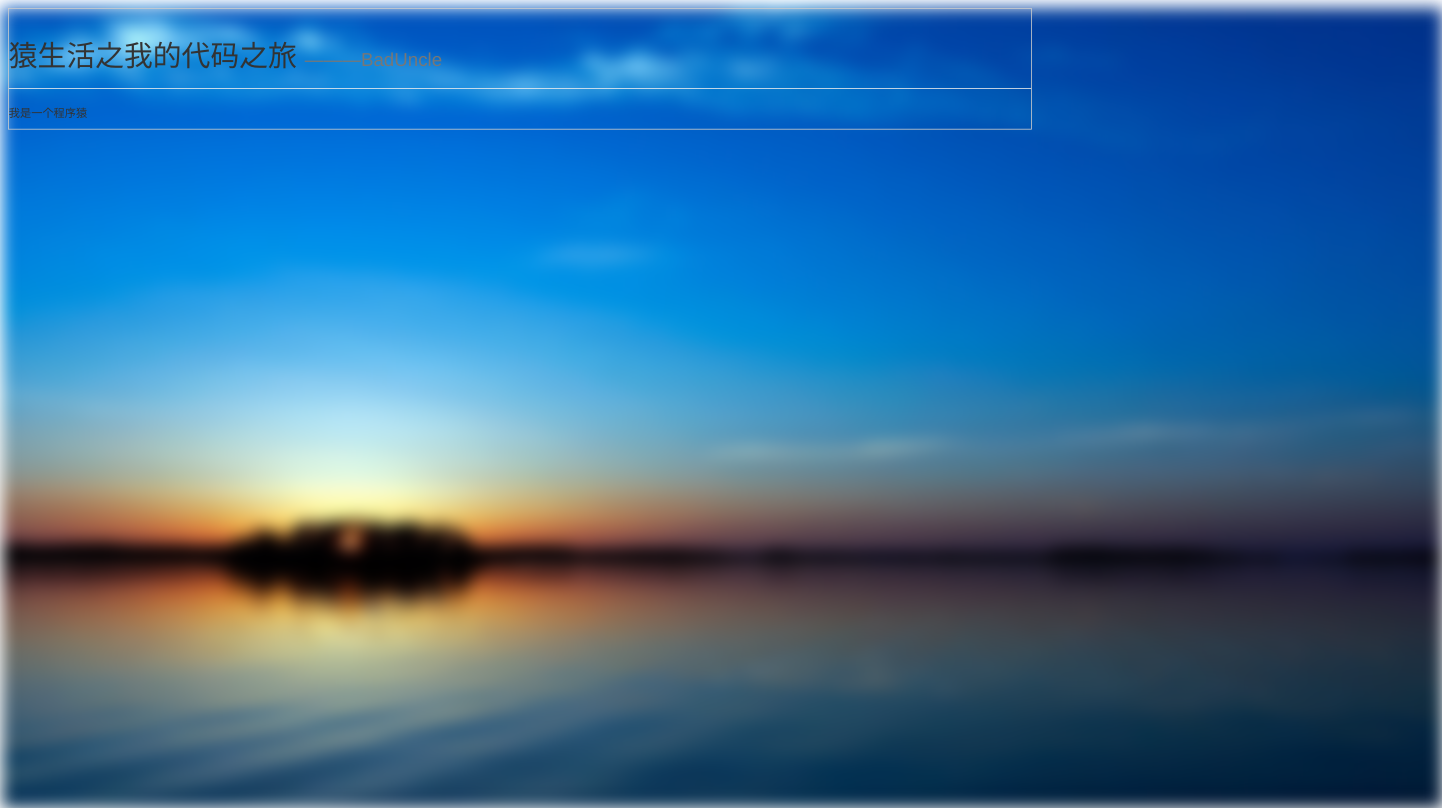
Repository: lidasi/monkeyLife
Page: http://localhost/monkeyLife/jsp/infopage.jsp
The author's editor kept a copy of each file at every save. The page is drawn from the files as they stood at one save, then again after the next save.
The browser window is 1280 px wide. The page is 1803 px wide, so the pictures cover 1803 px, including what lies to the right of the window. The pictures show the whole page, at 80% of full size.
The page is served by Tomcat 9.

Above is the page before, as saved 2017-07-13 08:01:35.

After the next save:
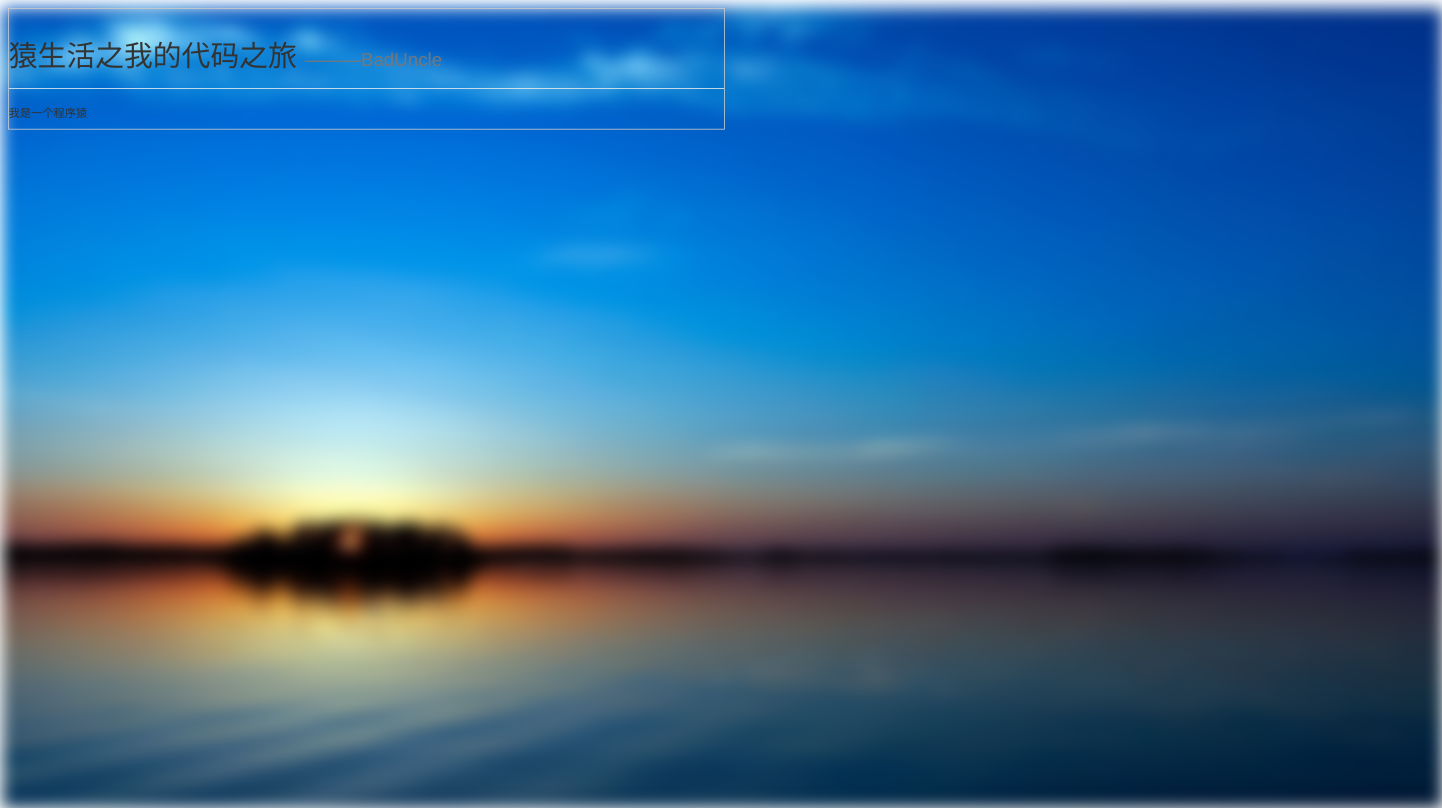
Saved 10 s later.
--- a/workSpeaces/monkeyLife/WebContent/css/info.css
+++ b/workSpeaces/monkeyLife/WebContent/css/info.css
@@ -37,5 +37,5 @@
 	left:10px;
 	top:10px;
 	border: 1px solid #CCCCCC;
-	width: 100%;
+	width: 70%;
 	}
